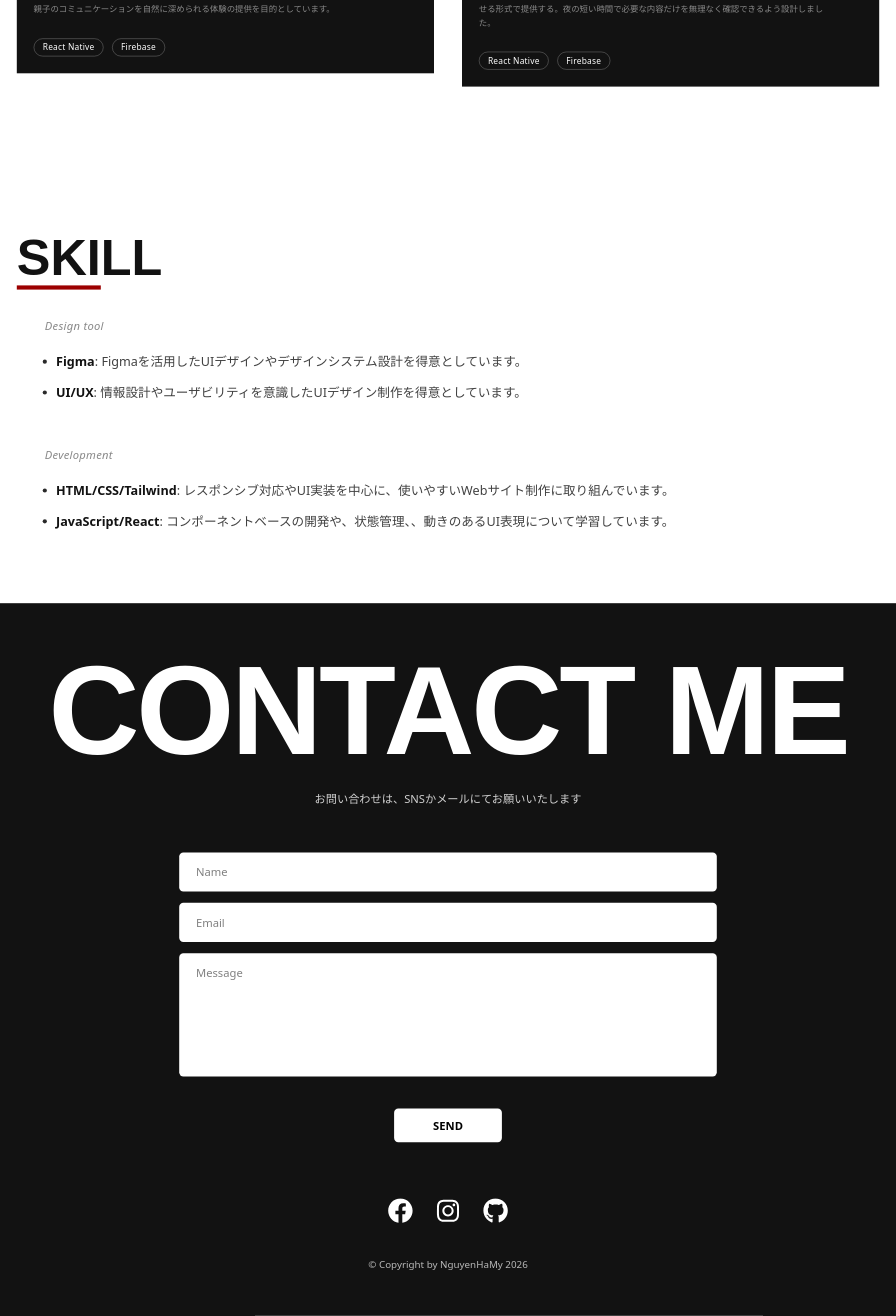
Repository: meme2603/Portfolio-HaMy
Page: / (app in my-portfolio/)
The author's editor kept a copy of each file at every save. The page is drawn from the files as they stood at one save, then again after the next save.
The browser window is 1280 px wide. The pictures show the part of the page from y = 4474 to 6394 px (the page is 6354 px tall before and 6394 px after), at 70% of full size.
Some web fonts or font styles are not loaded; a fallback is used. The project was rebuilt for these pictures with package versions that can differ from the ones it lists, and the page was loaded fresh each time. Also part of the build but not shown: my-portfolio/vite.config.js.

Above is the page before, as saved 2026-05-29 14:49:39.

After the next save:
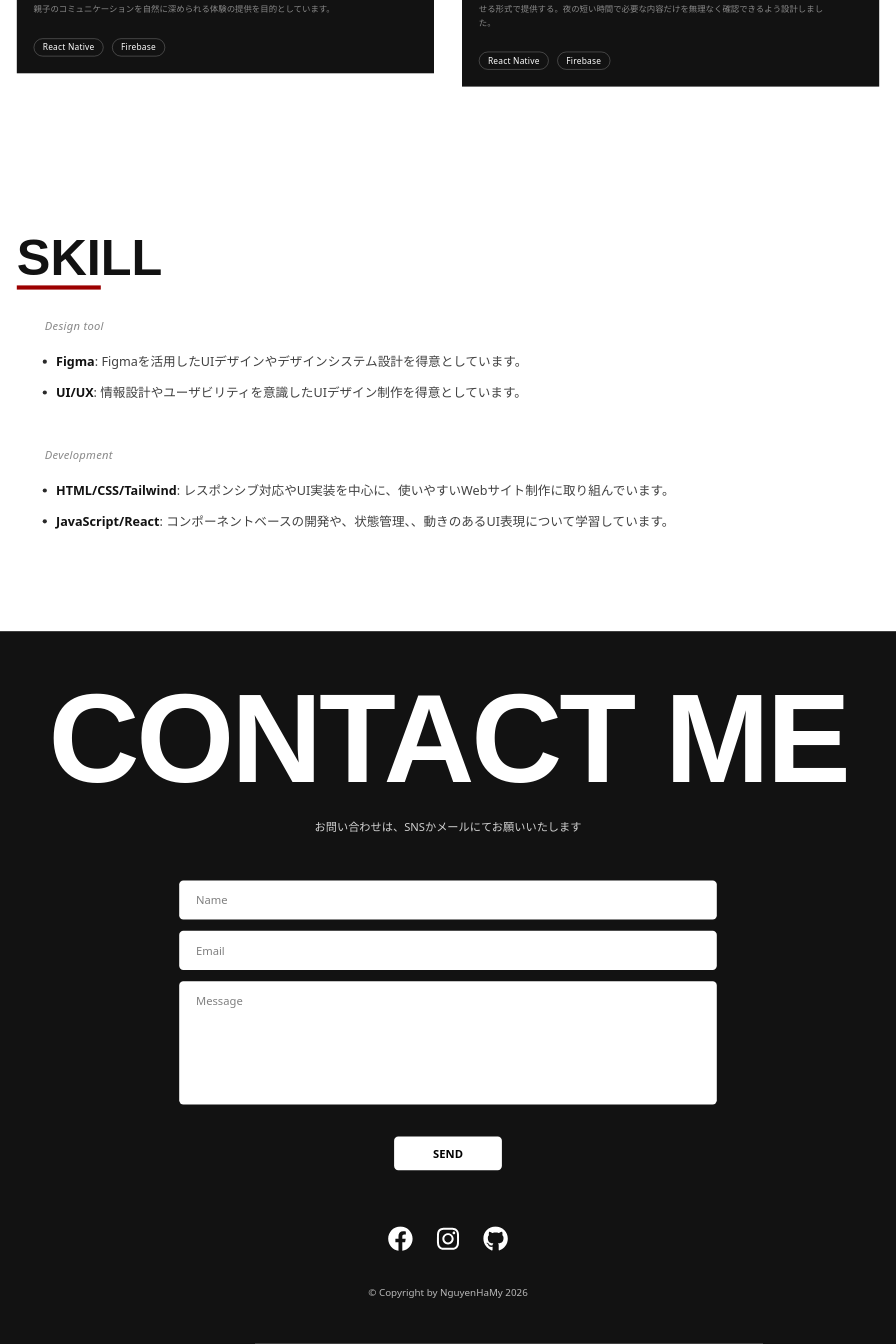
Saved 9 s later.
--- a/my-portfolio/src/components/Contact.jsx
+++ b/my-portfolio/src/components/Contact.jsx
@@ -2,7 +2,7 @@ import { FaFacebook, FaInstagram, FaGithub } from "react-icons/fa";
 
 function Contact() {
   return (
-    <section className="bg-font text-background py-16 overflow-hidden mt-10">
+    <section className="bg-font text-background py-16 overflow-hidden mt-20">
       <div className="max-w-7xl mx-auto px-6">
         <h1
           className="
